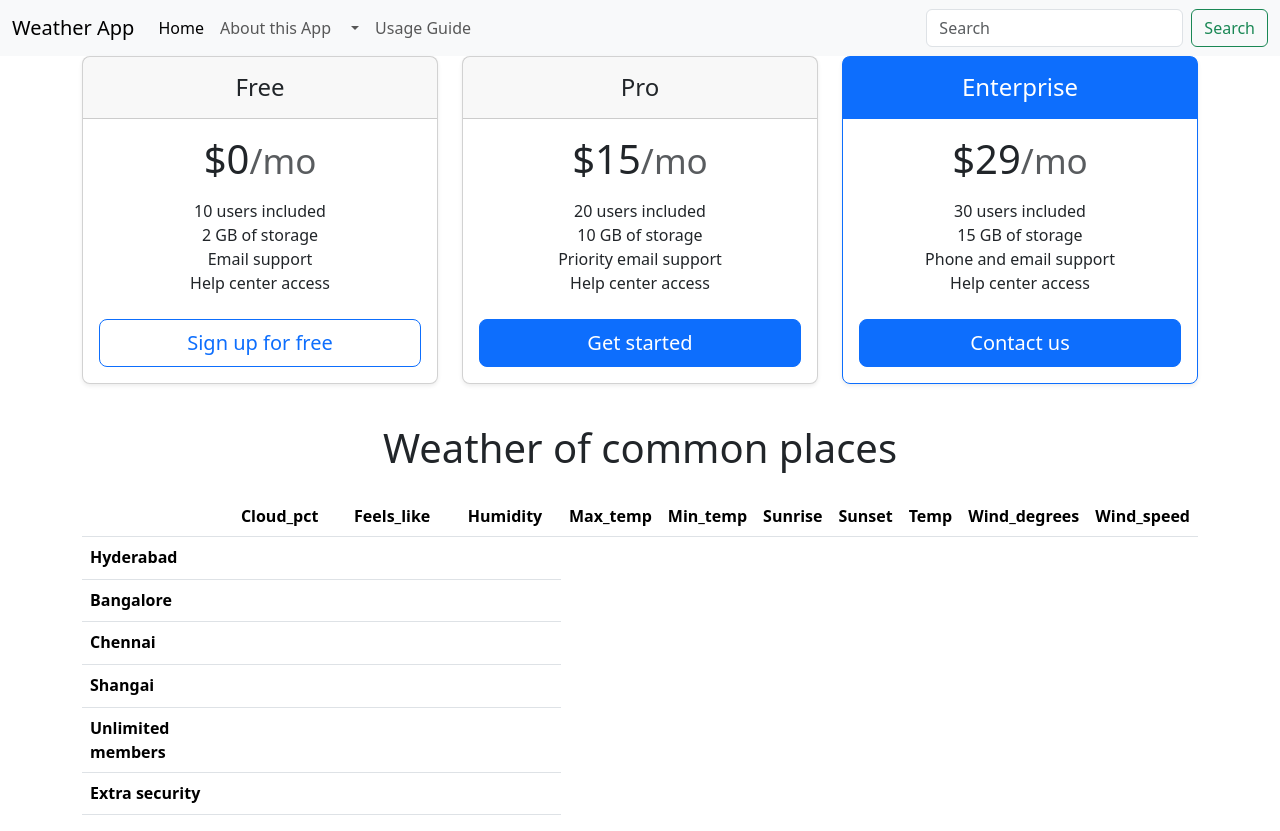
Repository: Abhilash2909/weather
Page: index.html
These files come from the project's save history. The page is drawn as it stood at one moment and after the next save; the edit follows.
The browser window is 1280 px wide. The pictures show the whole page.
The page's requests for data from a server got no answer.

Above is the page before, as saved 2024-02-11 10:32:28.

### index.html
<!doctype html>
<html lang="en">
  <head>
    <meta charset="utf-8">
    <meta name="viewport" content="width=device-width, initial-scale=1">
    <title>My Weather App</title>
    <link href="https://cdn.jsdelivr.net/npm/bootstrap@5.3.2/dist/css/bootstrap.min.css" rel="stylesheet" integrity="sha384-T3c6CoIi6uLrA9TneNEoa7RxnatzjcDSCmG1MXxSR1GAsXEV/Dwwykc2MPK8M2HN" crossorigin="anonymous">
  </head>
  <body>
    <nav class="navbar navbar-expand-lg bg-body-tertiary">
        <div class="container-fluid">
          <a class="navbar-brand" href="#">Weather App</a>
          <button class="navbar-toggler" type="button" data-bs-toggle="collapse" data-bs-target="#navbarSupportedContent" aria-controls="navbarSupportedContent" aria-expanded="false" aria-label="Toggle navigation">
            <span class="navbar-toggler-icon"></span>
          </button>
          <div class="collapse navbar-collapse" id="navbarSupportedContent">
            <ul class="navbar-nav me-auto mb-2 mb-lg-0">
              <li class="nav-item">
                <a class="nav-link active" aria-current="page" href="#">Home</a>
              </li>
              <li class="nav-item">
                <a class="nav-link" href="#">About this App</a>
              </li>
              <li class="nav-item dropdown">
                <a class="nav-link dropdown-toggle" href="#" role="button" data-bs-toggle="dropdown" aria-expanded="false">
                </a>
                <ul class="dropdown-menu">
                  <li><a class="dropdown-item" href="#">Delhi</a></li>
                  <li><a class="dropdown-item" href="#">Seattle</a></li>
                  <li><hr class="dropdown-divider"></li>
                  <li><a class="dropdown-item" href="#">Bangalore</a></li>
                </ul>
              </li>
              <li class="nav-item">
                <a class="nav-link" aria-disabled="true">Usage Guide</a>
              </li>
            </ul>
            <form class="d-flex" role="search">
              <input class="form-control me-2" type="search" placeholder="Search" aria-label="Search">
              <button class="btn btn-outline-success" type="submit">Search</button>
            </form>
          </div>
        </div>
      </nav>

      <div class="container"><main>
        <div class="row row-cols-1 row-cols-md-3 mb-3 text-center">
          <div class="col">
            <div class="card mb-4 rounded-3 shadow-sm">
              <div class="card-header py-3">
                <h4 class="my-0 fw-normal">Free</h4>
              </div>
              <div class="card-body">
                <h1 class="card-title pricing-card-title">$0<small class="text-body-secondary fw-light">/mo</small></h1>
                <ul class="list-unstyled mt-3 mb-4">
                  <li>10 users included</li>
                  <li>2 GB of storage</li>
                  <li>Email support</li>
                  <li>Help center access</li>
                </ul>
                <button type="button" class="w-100 btn btn-lg btn-outline-primary">Sign up for free</button>
              </div>
            </div>
          </div>
          <div class="col">
            <div class="card mb-4 rounded-3 shadow-sm">
              <div class="card-header py-3">
                <h4 class="my-0 fw-normal">Pro</h4>
              </div>
              <div class="card-body">
                <h1 class="card-title pricing-card-title">$15<small class="text-body-secondary fw-light">/mo</small></h1>
                <ul class="list-unstyled mt-3 mb-4">
                  <li>20 users included</li>
                  <li>10 GB of storage</li>
                  <li>Priority email support</li>
                  <li>Help center access</li>
                </ul>
                <button type="button" class="w-100 btn btn-lg btn-primary">Get started</button>
              </div>
            </div>
          </div>
          <div class="col">
            <div class="card mb-4 rounded-3 shadow-sm border-primary">
              <div class="card-header py-3 text-bg-primary border-primary">
                <h4 class="my-0 fw-normal">Enterprise</h4>
              </div>
              <div class="card-body">
                <h1 class="card-title pricing-card-title">$29<small class="text-body-secondary fw-light">/mo</small></h1>
                <ul class="list-unstyled mt-3 mb-4">
                  <li>30 users included</li>
                  <li>15 GB of storage</li>
                  <li>Phone and email support</li>
                  <li>Help center access</li>
                </ul>
                <button type="button" class="w-100 btn btn-lg btn-primary">Contact us</button>
              </div>
            </div>
          </div>
        </div>

        <h2 class="display-6 text-center mb-4">Weather of common places</h2>

        <div class="table-responsive">
          <table class="table text-center">
            <thead>
              <tr>
                <th style="width: 34%;">   </th>
                <th style="width: 20%;"> Cloud_pct </th>
                <th style="width: 22%;"> Feels_like </th>
                <th style="width: 22%;"> Humidity </th>
                <th style="width: 22%;"> Max_temp </th>
                <th style="width: 22%;"> Min_temp </th>
                <th style="width: 22%;"> Sunrise </th>
                <th style="width: 22%;"> Sunset </th>
                <th style="width: 22%;"> Temp </th>
                <th style="width: 22%;"> Wind_degrees </th>
                <th style="width: 22%;"> Wind_speed </th>
                    </th>
                  </th>
                </th>
              </tr>
            </thead>
            <tbody>
              <tr>
                <th scope="row" class="text-start">Hyderabad</th>
                <td><svg class="bi" width="24" height="24"><use xlink:href="#check"></use></svg></td>
                <td><svg class="bi" width="24" height="24"><use xlink:href="#check"></use></svg></td>
                <td><svg class="bi" width="24" height="24"><use xlink:href="#check"></use></svg></td>
              </tr>
              <tr>
                <th scope="row" class="text-start">Bangalore</th>
                <td></td>
                <td><svg class="bi" width="24" height="24"><use xlink:href="#check"></use></svg></td>
                <td><svg class="bi" width="24" height="24"><use xlink:href="#check"></use></svg></td>
              </tr>
            </tbody>

            <tbody>
              <tr>
                <th scope="row" class="text-start">Chennai</th>
                <td><svg class="bi" width="24" height="24"><use xlink:href="#check"></use></svg></td>
                <td><svg class="bi" width="24" height="24"><use xlink:href="#check"></use></svg></td>
                <td><svg class="bi" width="24" height="24"><use xlink:href="#check"></use></svg></td>
              </tr>
              <tr>
                <th scope="row" class="text-start">Shangai</th>
                <td></td>
                <td><svg class="bi" width="24" height="24"><use xlink:href="#check"></use></svg></td>
                <td><svg class="bi" width="24" height="24"><use xlink:href="#check"></use></svg></td>
              </tr>
              <tr>
                <th scope="row" class="text-start">Unlimited members</th>
                <td></td>
                <td><svg class="bi" width="24" height="24"><use xlink:href="#check"></use></svg></td>
                <td><svg class="bi" width="24" height="24"><use xlink:href="#check"></use></svg></td>
              </tr>
              <tr>
                <th scope="row" class="text-start">Extra security</th>
                <td></td>
                <td></td>
                <td><svg class="bi" width="24" height="24"><use xlink:href="#check"></use></svg></td>
              </tr>
            </tbody>
          </table>
        </div>
      </main></div>
    <script src="https://cdn.jsdelivr.net/npm/bootstrap@5.3.2/dist/js/bootstrap.bundle.min.js" integrity="sha384-C6RzsynM9kWDrMNeT87bh95OGNyZPhcTNXj1NW7RuBCsyN/o0jlpcV8Qyq46cDfL" crossorigin="anonymous"></script>
    <script src="script.js"></script>
</body>
</html>

### script.js
// const options = {
// method: 'GET',
// headers: {
//         'X-RapidAPI-Key': 'b45e96323fmshf5e4bc50d3b8a90p1e091djsnfb21cde4eb87',
// '       X-RapidAPI-Host': 'weather-by-api-ninjas.p.rapidapi.com'
//     }
// };

// fetch('https://weather-by-api-ninjas.p.rapidapi.com/v1/weather?city=Seattle', options)
//     .then(response => response.json())
//     .then(response => console.log(response))
//     .catch(err => console.error(err));



const options = {
    method: 'GET',
    headers: {
      'X-RapidAPI-Key': 'b45e96323fmshf5e4bc50d3b8a90p1e091djsnfb21cde4eb87',
      'X-RapidAPI-Host': 'weather-by-api-ninjas.p.rapidapi.com'
    }
  };

  fetch('https://weather-by-api-ninjas.p.rapidapi.com/v1/weather?city=Seattle', options)
    .then(response => response.json())
    .then(data => console.log(data))
    .catch(error => console.error(error));

After the next save:
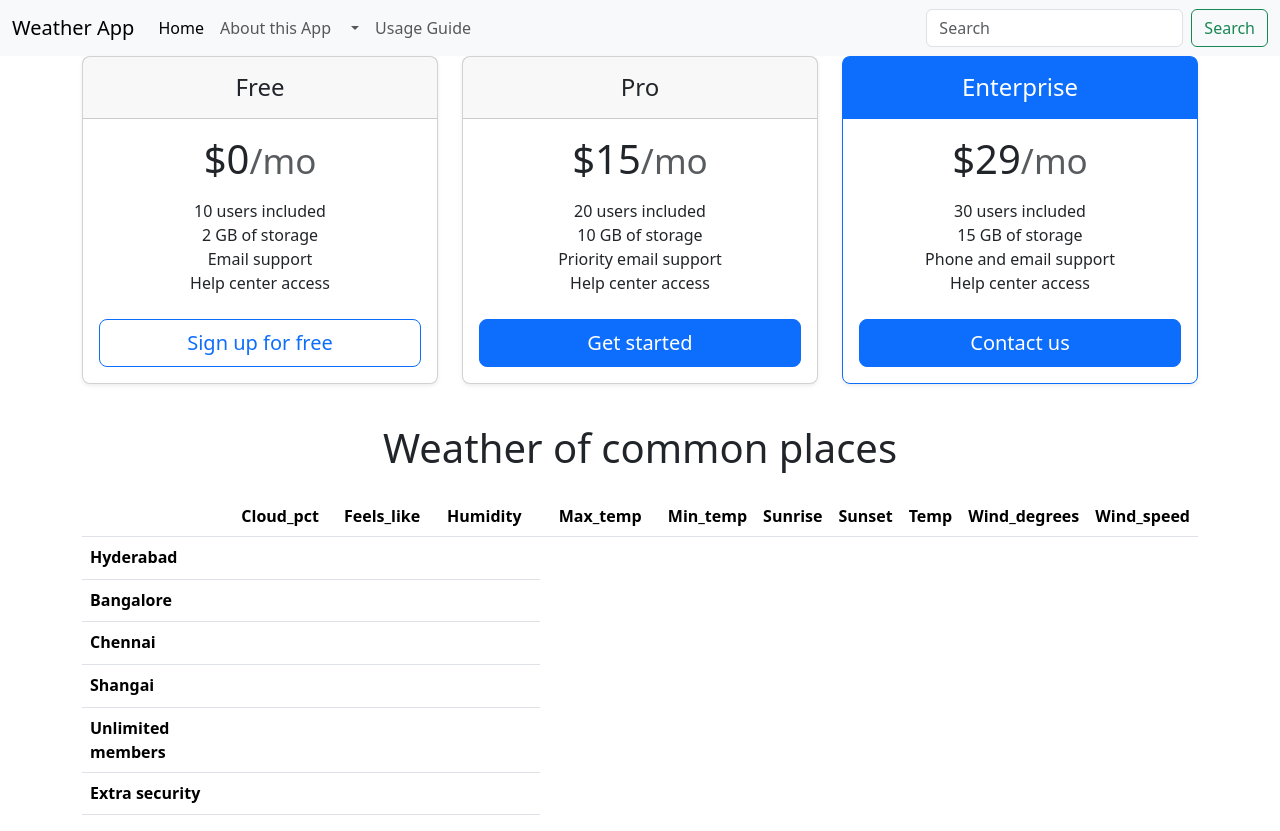
Saved 17 s later.
--- a/index.html
+++ b/index.html
@@ -106,7 +106,7 @@
               <tr>
                 <th style="width: 34%;">   </th>
                 <th style="width: 20%;"> Cloud_pct </th>
-                <th style="width: 22%;"> Feels_like </th>
+                <th style="width: 2%;"> Feels_like </th>
                 <th style="width: 22%;"> Humidity </th>
                 <th style="width: 22%;"> Max_temp </th>
                 <th style="width: 22%;"> Min_temp </th>
